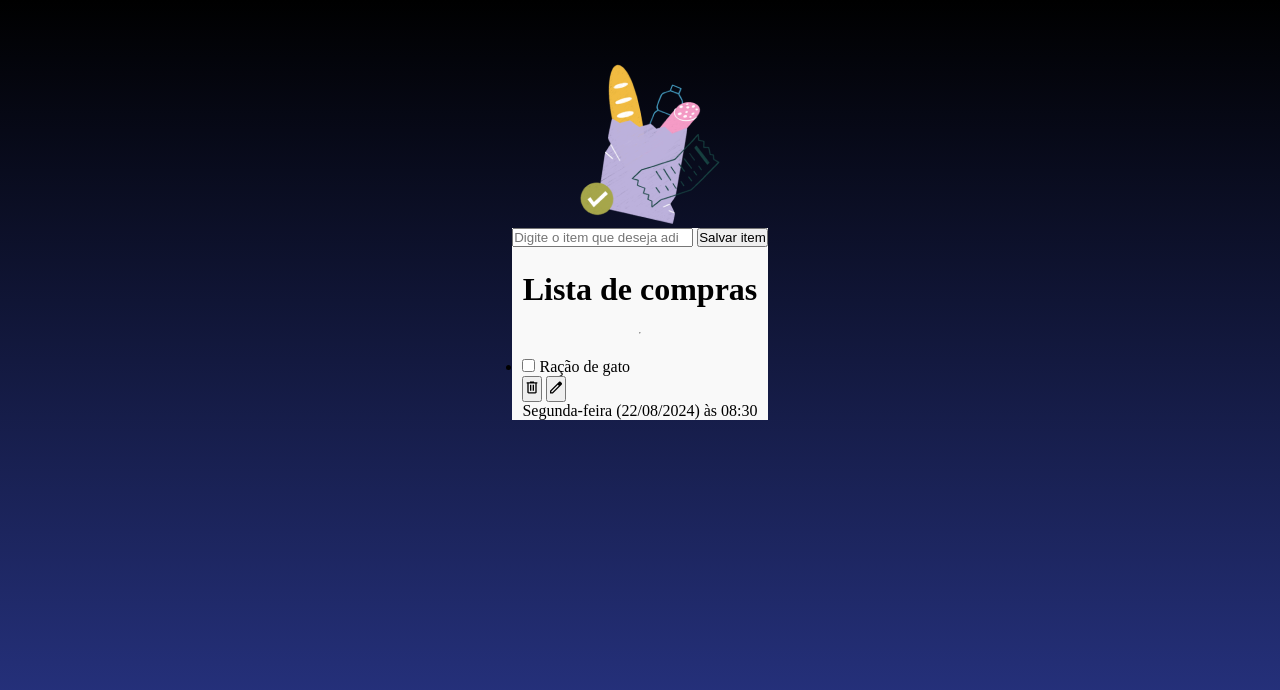
Repository: joaoPraiaJunior/compras_js
Page: index.html
These files come from the project's save history. The page is drawn as it stood at one moment and after the next save; the edit follows.
The browser window is 1280 px wide. The pictures show the whole page.
Some web fonts or font styles are not loaded; a fallback is used.

Above is the page before, as saved 2024-08-22 19:51:07.

### index.html
<!DOCTYPE html>
<html lang="pt-BR" dir="ltr">

<head>
    <meta charset="UTF-8">
    <meta name="viewport" content="width=device-width, initial-scale=1.0">
    <meta name="description" content="Lista de compras">
    <title>Lista de Compras</title>
    <link rel="preconnect" href="https://fonts.googleapis.com">
    <link rel="preconnect" href="https://fonts.gstatic.com" crossorigin>
    <link href="https://fonts.googleapis.com/css2?family=Krona+One&family=Montserrat&family=Numans&display=swap" rel="stylesheet">
    <link rel="stylesheet" href="./css/styles.css">
</head>

<body>
    <header>
        <img src="./img/bag.png" alt="sacola de compras">
    </header>
    <main>
        <form>
            <input type="search" name="busca" placeholder="Digite o item que deseja adicionar">
            <button>Salvar item</button>
        </form>
        <h1>Lista de compras</h1>
        <hr>

        <ul>
            <li>
                <div>
                    <div>
                        <input type="checkbox" name="produto" id="racao_de_gato">
                        <label for="racao_de_gato">Ração de gato</label>
                    </div>
                    <div>
                        <button><img src="./img/delete.svg" alt="Deletar"></button>
                        <button><img src="./img/edit.svg" alt="Editar"></button>
                    </div>
                </div>
                <p>Segunda-feira (<time datetime="2024-08-22">22/08/2024</time>) às <time>08:30</time></p>
            </li>
        </ul>
    </main>
</body>

</html>

### css/styles.css
* {
    box-sizing: border-box;
    margin: 0;
    padding: 0;
}

html {
    font-size: 62.5%;
}

:root {
    --cor-primaria: #F55B64;
    --cor-secundaria: #C2373F;
    --neutro: #F9F9F9;
    --preto: #131730;
    --fonte-titulo: "Krona One", sans-serif;
    --fonte-texto: 'Numans', sans-serif;
    --degrade-azul: linear-gradient(180deg, #000000 0%, #26327F 100%);
}

body {
    display: flex;
    flex-direction: column;
    align-items: center;
    background: var(--degrade-azul);
    background-repeat: no-repeat;
    font-size: 1.6rem;
    height: 100vh;
}

header {
    margin-top: 6.4rem
}

main {
    display: flex;
    flex-direction: column;
    align-items: center;
    gap: 2.4rem;
    background-color: var(--neutro);
}

After the next save:
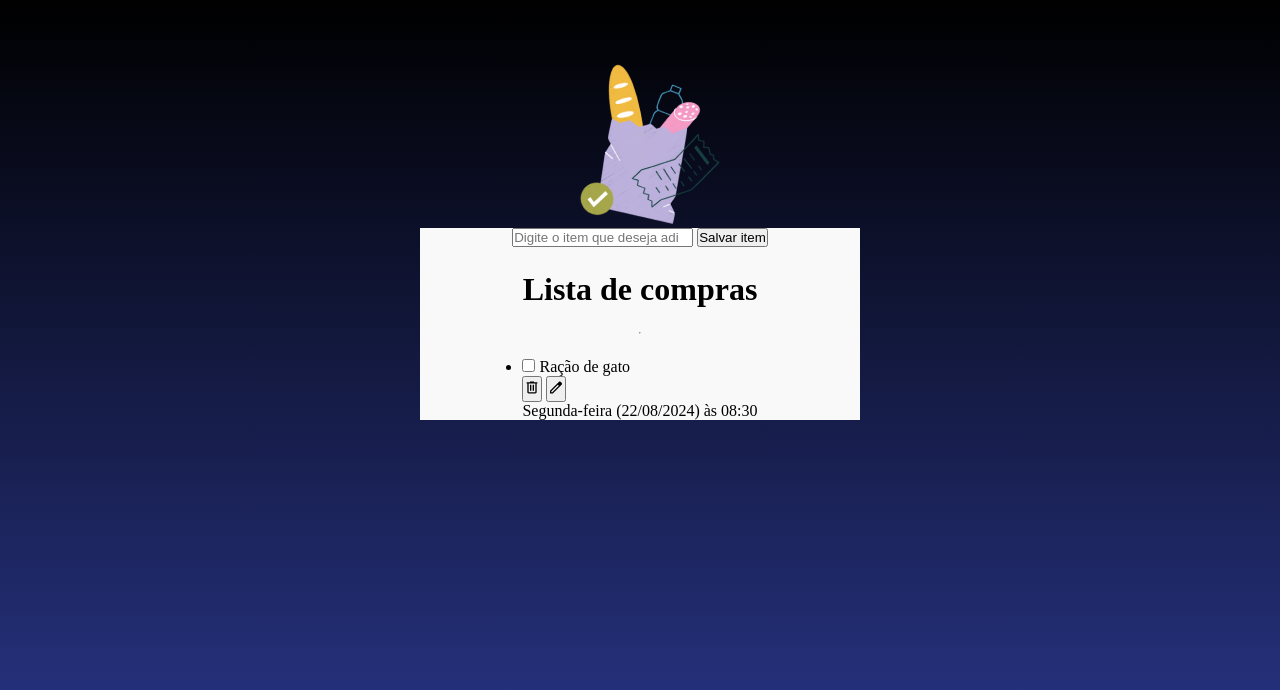
Saved 20 s later.
--- a/css/styles.css
+++ b/css/styles.css
@@ -38,4 +38,5 @@ main {
     align-items: center;
     gap: 2.4rem;
     background-color: var(--neutro);
+    width: 44.0rem;
 }
